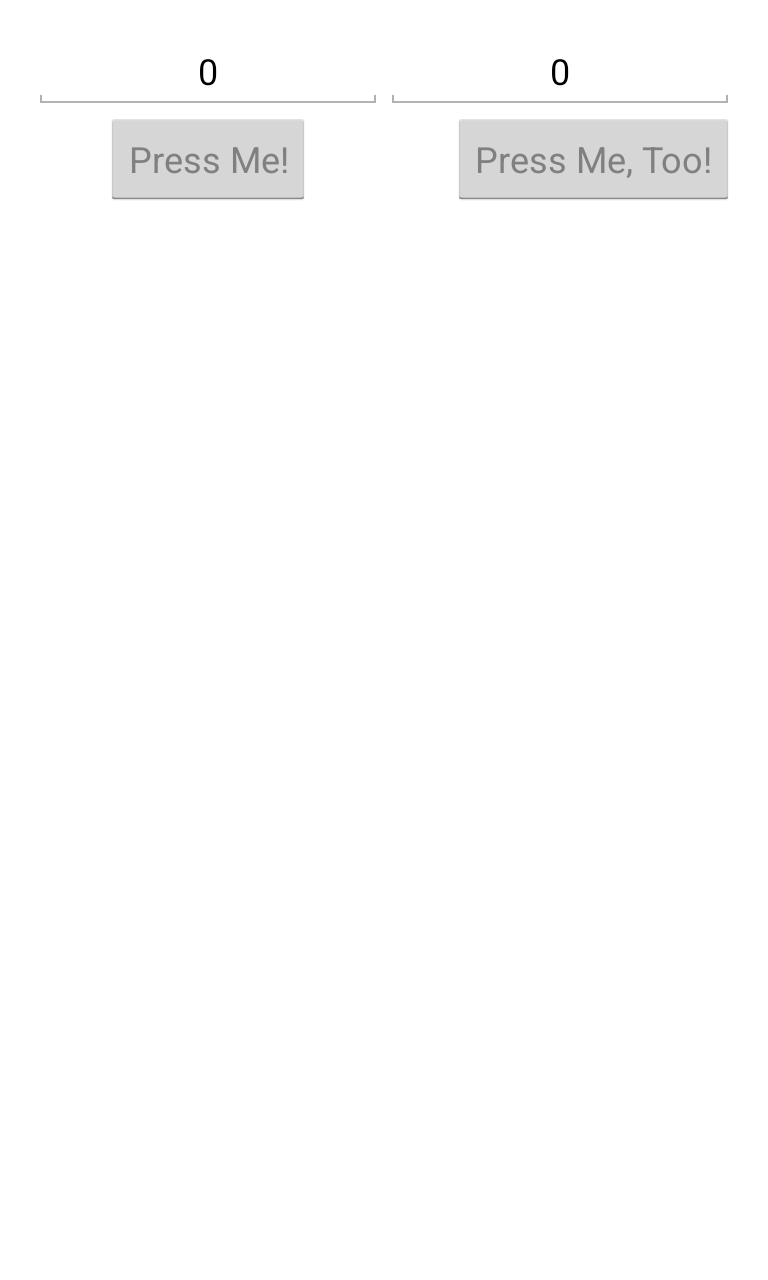
Repository: radupoenaru1992/Model
Layout: PracticalTest01/res/layout/activity_practical_test01_main.xml
These files come from the project's save history. The layout is drawn as it stood at one moment and after the next save; the edit follows.
It is drawn on a 768 x 1280 px phone screen (xhdpi) without system bars, with theme AppTheme; the app's code is not run.

Above is the layout before, as saved 2015-03-29 17:35:16.

After the next save:
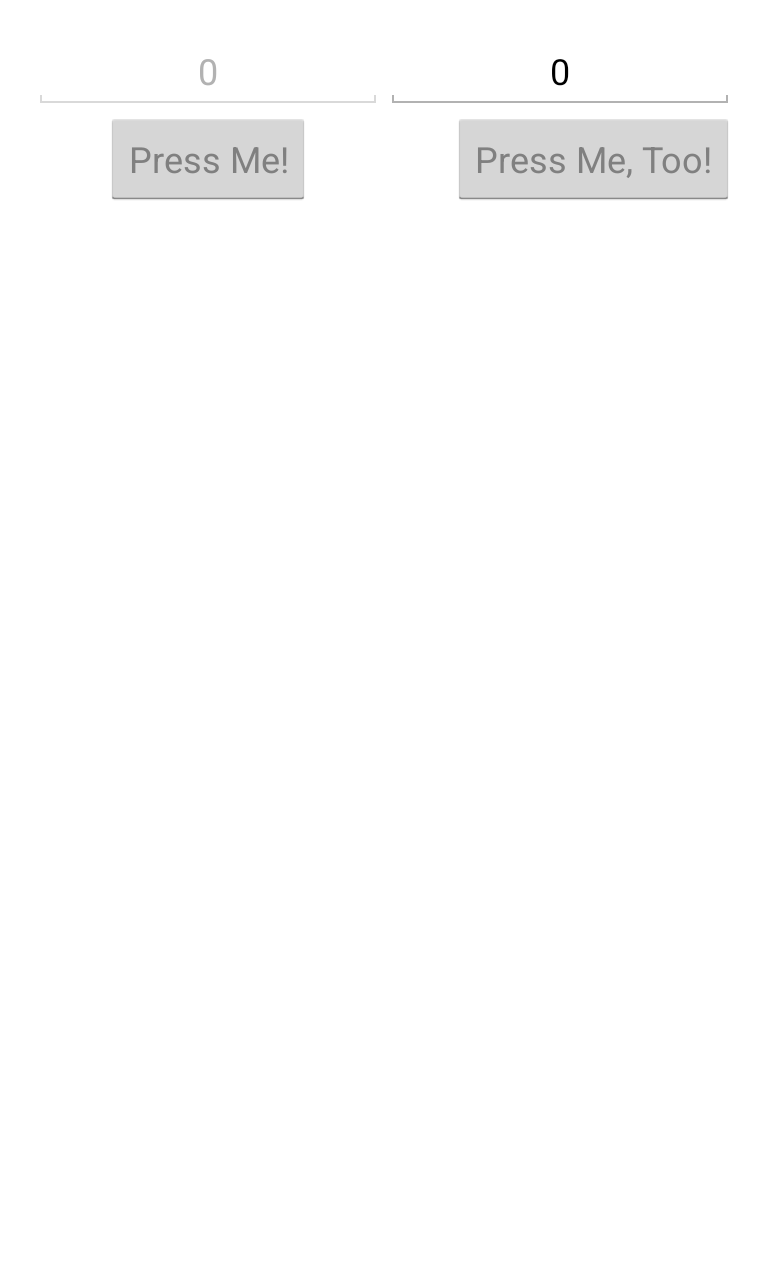
Saved 2 min 10 s later.
--- a/PracticalTest01/res/layout/activity_practical_test01_main.xml
+++ b/PracticalTest01/res/layout/activity_practical_test01_main.xml
@@ -22,6 +22,7 @@
            android:text="0"
            android:gravity="center"
            android:layout_weight="1"
+           android:enabled="false"
            />
 
         <EditText
